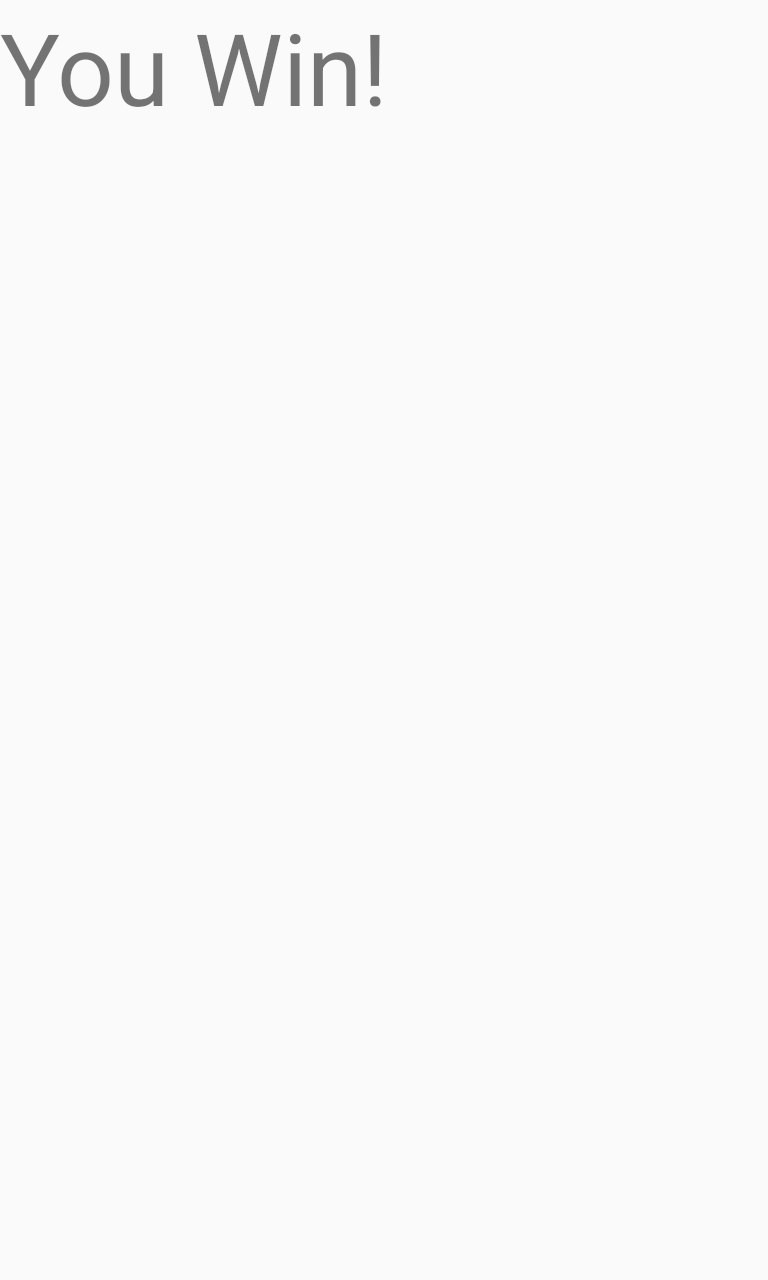
Repository: Rukshar/Native-App
Layout: nPuzzle10694676/nPuzzle10694676/res/layout/you_win.xml
These files come from the project's save history. The layout is drawn as it stood at one moment and after the next save; the edit follows.
It is drawn on a 768 x 1280 px phone screen (xhdpi) without system bars, with theme AppTheme; the app's code is not run.

Above is the layout before, as saved 2014-11-20 15:12:21.

After the next save:
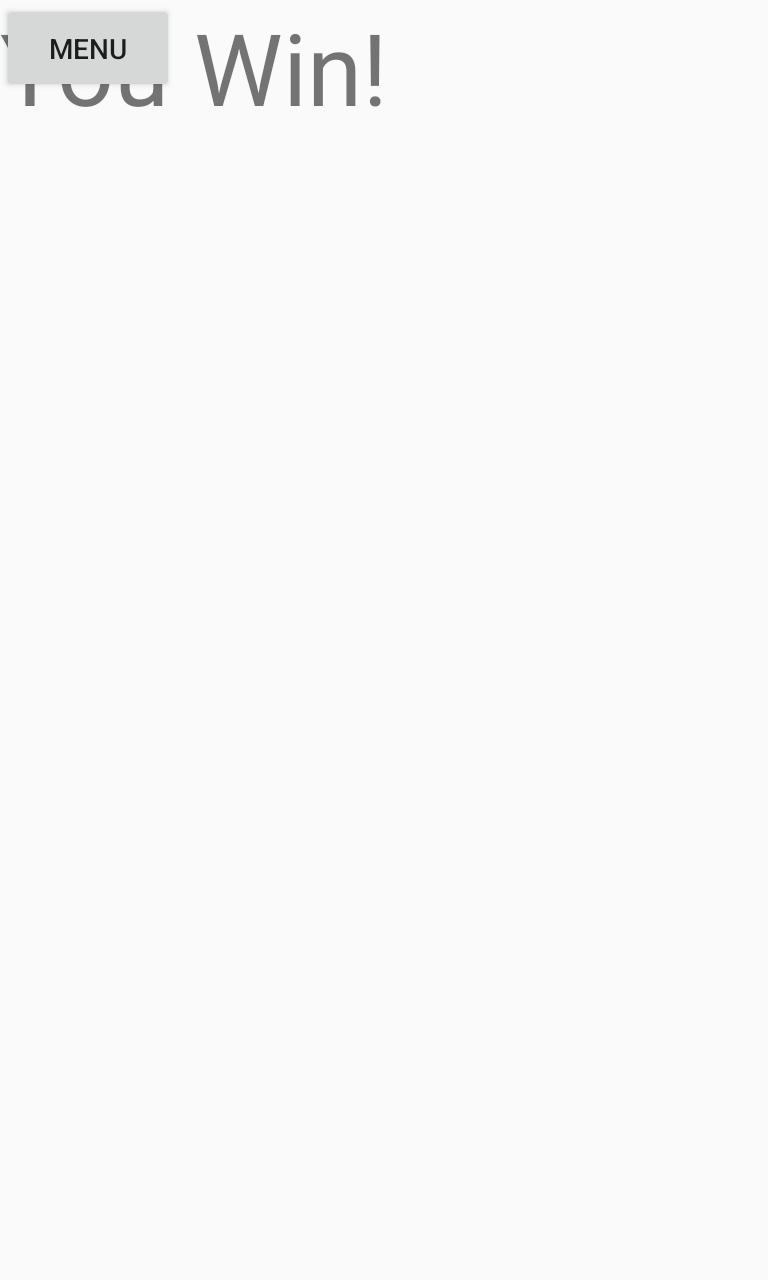
Saved 26 s later.
--- a/nPuzzle10694676/nPuzzle10694676/res/layout/you_win.xml
+++ b/nPuzzle10694676/nPuzzle10694676/res/layout/you_win.xml
@@ -1,17 +1,17 @@
 <?xml version="1.0" encoding="utf-8"?>
-<LinearLayout xmlns:android="http://schemas.android.com/apk/res/android"
+<RelativeLayout xmlns:android="http://schemas.android.com/apk/res/android"
     android:layout_width="match_parent"
     android:layout_height="match_parent"
     android:orientation="vertical" >
 
-
-	<TextView
-	    android:id = "@+id/youwin"
-	    android:layout_width="fill_parent"
-	    android:layout_height="fill_parent"
-	    android:text="You Win!"
-	    android:textSize="50dp"
-	    android:gravity="fill_horizontal"/>"
+    <TextView
+        android:id="@+id/youwin"
+        android:layout_width="fill_parent"
+        android:layout_height="fill_parent"
+        android:gravity="fill_horizontal"
+        android:text="You Win!"
+        android:textSize="50dp" />
+"
     <Button
         android:id="@+id/button1"
         android:layout_width="wrap_content"
@@ -20,4 +20,4 @@
 
 
 
-</LinearLayout>
+</RelativeLayout>
